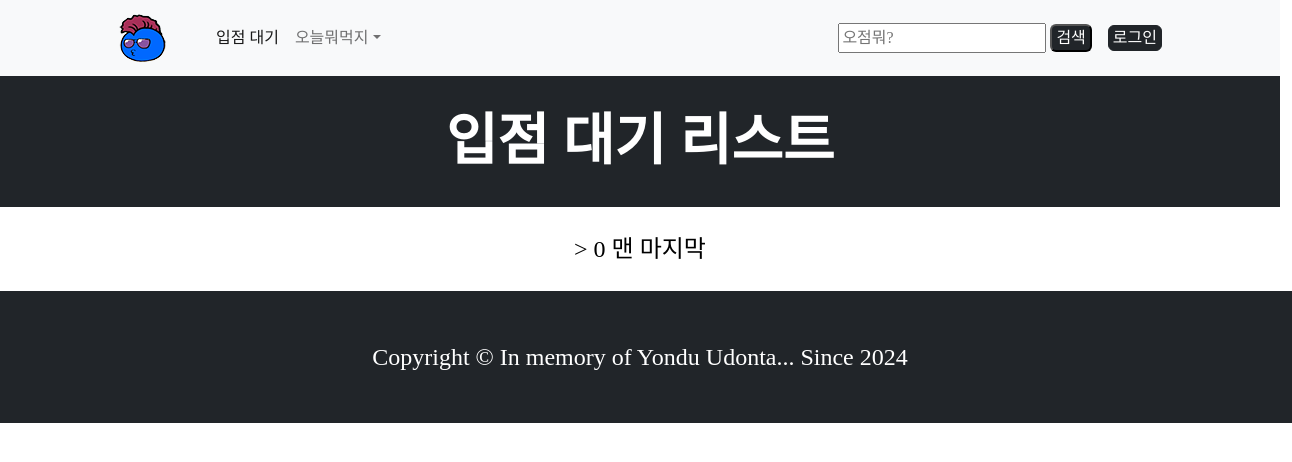
Repository: ashwan94/ydzone
Page: http://localhost/YonduZone/restaurant/vote
An editor plug-in stored every save of this project. The page is shown before and after the next save, followed by the edit.
The browser window is 1280 px wide. The page is 1292 px wide, so the pictures cover 1292 px, including what lies to the right of the window. The pictures show the whole page.
Some web fonts or font styles are not loaded; a fallback is used. The page is served by Tomcat 9.

Above is the page before, as saved 2024-05-02 12:56:20.

After the next save:
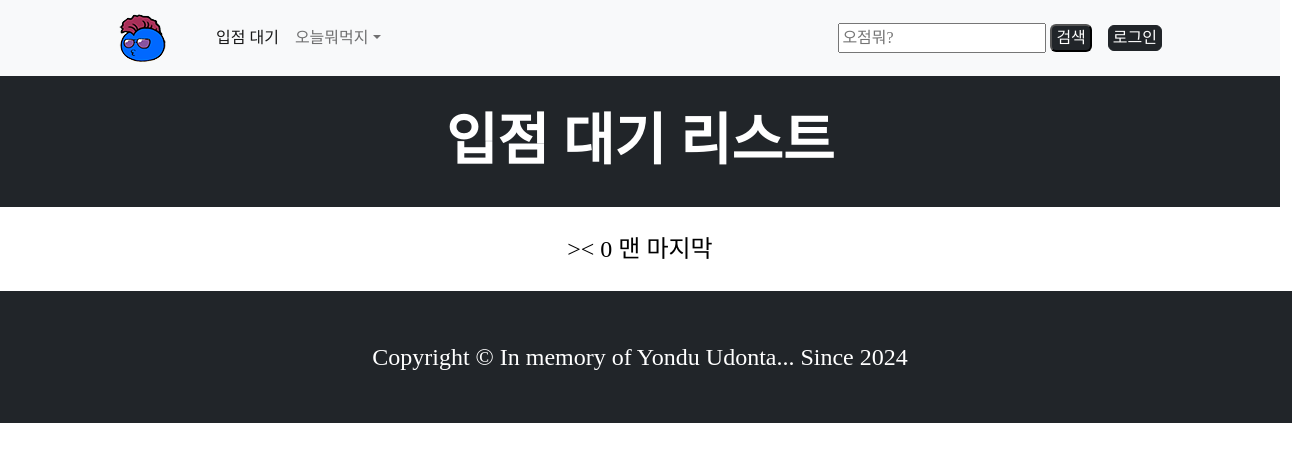
Saved 8 s later.
--- a/YonduZone/src/main/webapp/WEB-INF/views/restaurant/stanby.jsp
+++ b/YonduZone/src/main/webapp/WEB-INF/views/restaurant/stanby.jsp
@@ -152,7 +152,7 @@
 <div class="col-4"></div>
 <div class="col-4 my-4">
 	<!-- 페이지 링크 -->
-	<a href="/restaurant/stanby?currentPageNo=1&userNo=${sessionScope.user.no}">&gt;</a>
+	<a href="/restaurant/stanby?currentPageNo=1&userNo=${sessionScope.user.no}">&gt;&lt;</a>
 	<c:if test="${pagination.currentPageNo > 1 }">
 		<a href="/restaurant/stanby?currentPageNo=${pagination.currentPageNo - 1 }&userNo=${sessionScope.user.no}">이전</a>
 	</c:if>
